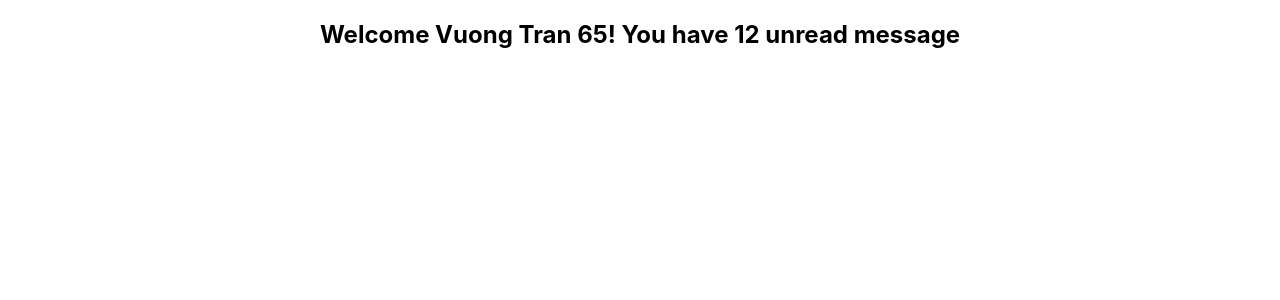
Repository: vuongtm1999/ALTA-exercise-1
Page: /
An editor plug-in stored every save of this project. The page is shown before and after the next save, followed by the edit.
The browser window is 1280 px wide. The pictures show the whole page.
The project was rebuilt for these pictures with package versions that can differ from the ones it lists, and the page was loaded fresh each time.

Above is the page before, as saved 2022-10-25 16:59:00.

### src/App.tsx
import './App.css';
import { Greet } from './components/Greet';
import { Person } from './components/Person';
import { PersonList } from './components/PersonList';
import Test from './components/Test';

function App() {
  // const personName = {
  //   firstName: "Vuong",
  //   lastName: "Tran",
  // }

  // const listName = [
  //   {
  //     firstName: "Vuong",
  //     lastName: "Tran",
  //   },
  //   {
  //     firstName: "Thuy",
  //     lastName: "Tran",
  //   },
  //   {
  //     firstName: "Bui",
  //     lastName: "Phuoc",
  //   }
  // ]
  return (
    <div className="App">
      <Greet name="Vuong Tran 65" messageCount={12} isLoggedIn={true}  />
    </div>
  );
}

export default App;

### src/components/Greet.tsx
type Greetprops = {
    name: string
    // Không cần chuyển cũng đc đối với prop messageCount
    messageCount?: number
    isLoggedIn: boolean
}

// Có React.FC thì không đc xài (props: Greetprops)
const Greet = (props: Greetprops) => {
    // set default value for propertie messageCount
    const { messageCount = 0 } = props;

    return (
        <div>
            {props.isLoggedIn ?  <h2>Welcome {props.name}! You have {props.messageCount} unread message</h2> :
                                    <h2>Welcome guest</h2>
            }
        </div>
     );
};

export { Greet }

Loaded but not shown: public/index.html (common file); src/index.tsx (common file); src/index.css (common file); src/reportWebVitals.ts (common file); src/App.css (common file)

After the next save:
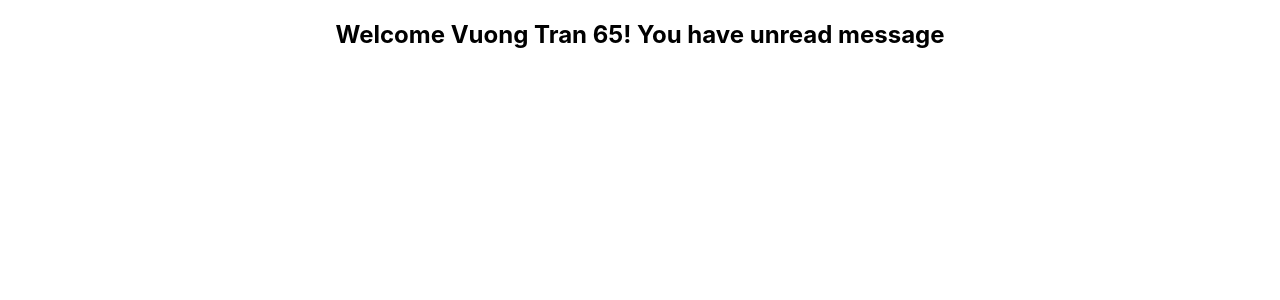
Saved 5 s later.
--- a/src/App.tsx
+++ b/src/App.tsx
@@ -26,7 +26,7 @@ function App() {
   // ]
   return (
     <div className="App">
-      <Greet name="Vuong Tran 65" messageCount={12} isLoggedIn={true}  />
+      <Greet name="Vuong Tran 65" isLoggedIn={true}  />
     </div>
   );
 }
